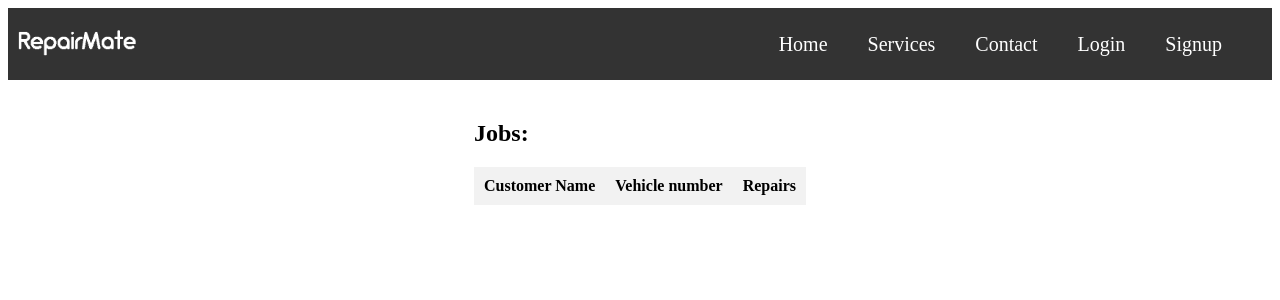
Repository: rohann12/RepairMate
Page: http://localhost/Garage/JSP/jobs.jsp
An editor plug-in stored every save of this project. The page is shown before and after the next save, followed by the edit.
The browser window is 1280 px wide. The pictures show the whole page.
The page is served by Tomcat 9. Other server files are loaded and not shown. Queries for data that is not in the repository find no rows.

Above is the page before, as saved 2023-06-19 23:36:38.

### Garage/src/main/webapp/JSP/jobs.jsp
<%@ page language="java" contentType="text/html; charset=UTF-8"
	pageEncoding="UTF-8"%>
<%@ page import="java.sql.*"%>
<%@ page import="com.database.dbconn"%>
<!DOCTYPE html>
<html>
<head>
<title>Jobs List</title>
<style>
table {
	border-collapse: collapse;
	margin-bottom: 20px;
}

th, td {
	padding: 10px;
	text-align: left;
}

th {
	background-color: #f2f2f2;
}
</style>
</head>
<body>
	<jsp:include page="nav.jsp" />

	<%-- Establish the database connection --%>
	<%
	Connection conn = dbconn.getConnection();
	Statement stmt = conn.createStatement();

	// Retrieve users with is_admin = 2
	String query = "SELECT * FROM order_list";
	ResultSet rs = stmt.executeQuery(query);
	%>
	<div style="display: grid; place-items: center">
		<div class="content" style="margin-top:20px;">
			<h2>Jobs:</h2>

			<table>
				<tr>
					<th>Customer Name</th>
					<th>Vehicle number</th>
					<th>Repairs</th>
				</tr>
				<%
				while (rs.next()) {
				%>
				<tr>
					<td><%=rs.getString("customer_name")%></td>
					<td><%=rs.getString("vehicle_no")%></td>
					<td><%=rs.getString("repairs")%></td>
					<td><a href="repair.jsp?id=<%=rs.getInt("order_id")%>"><button>Take job</button></a>
				</tr>
				<%
				}
				%>
			</table>
		</div>
	</div>
	<%-- Close the database connection and result set --%>
	<%-- <% rs.close(); %>
    <% stmt.close(); %> --%>
	<!-- This closed the connection preventing the reload -->
	<%-- <% conn.close(); %> --%>
</body>
</html>

### Garage/src/main/webapp/JSP/nav.jsp
<%@page contentType="text/html" pageEncoding="UTF-8"%>
<%@page import="javax.servlet.http.HttpSession"%>

<style>
nav {
  background-color: #333;
  padding: 10px;
  display: flex;
  justify-content: space-between;
  align-items: center;
}

.navbar-logo img {
  height: 40px;
}

.navbar-links ul {
  list-style-type: none;
  margin: 0;
  padding: 0;
  display: flex;
}

.navbar-links li {
  margin-right: 20px;
}

.navbar-links li a {
  color: #fff;
  text-decoration: none;
  font-size: 16px;
  font-size: 20px;
    margin-right: 20px;


}

.navbar-links li a:hover {
  color: #ff6600;

}
.navbar-logo{
margin-top:8px;
}
</style>
<nav>
  <div class="navbar-logo">

      <a href=index.jsp><img src="../Contents/logo.png" alt="Logo"></a>


  </div>
  <div class="navbar-links">
    <ul>
      <li><a href="index.jsp">Home</a></li>
      <li><a href="order.jsp">Services</a></li>
      <li><a href="contact.jsp">Contact</a></li>
       <%-- Checking session to determine login/logout links --%>
      <%
        HttpSession s = request.getSession(false);
        if (s != null && s.getAttribute("username") != null) {
          // User is logged in, show logout link
          %>
          <li class="jobs"><a href="jobs.jsp">Jobs</a></li>
          <li class="logout"><a href="logout.jsp">Logout</a></li>
          <%
        } else {
          // User is not logged in, show login link
          %>
          <li class="login"><a href="login.jsp">Login</a></li>
          <li class="Signup"><a href="reg.jsp">Signup</a></li>
          <%
        }
      %>
    </ul>
  </div>
</nav>

### Garage/src/main/java/com/database/dbconn.java
package com.database;

import java.sql.Connection;
import java.sql.DriverManager;
import java.sql.*;

public class dbconn {
    private static Connection conn;

    static {
        String url = "jdbc:mysql://localhost:3306/repairmate";
        String username = "root";
        String password = "";

        try {
            Class.forName("com.mysql.jdbc.Driver");
            conn = DriverManager.getConnection(url, username, password);
            System.out.println("Database connected");
        } catch (Exception e) {
            System.out.println(e);
        }
    }

    public static Connection getConnection() {
        return conn;
    }

    public static void closeConnection() {
        try {
            if (conn != null && !conn.isClosed()) {
                conn.close();
                System.out.println("Database connection closed");
            }
        } catch (SQLException e) {
            System.out.println("Error while closing the database connection: " + e.getMessage());
        }
    }
}

After the next save:
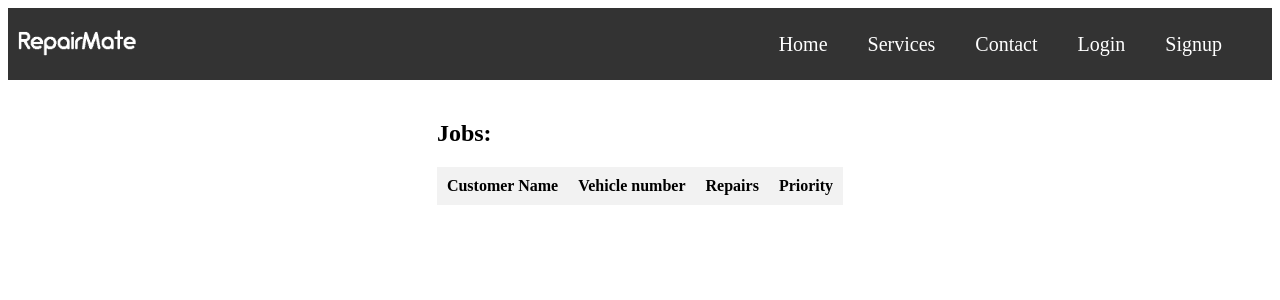
Saved 98 s later.
--- a/Garage/src/main/webapp/JSP/jobs.jsp
+++ b/Garage/src/main/webapp/JSP/jobs.jsp
@@ -31,7 +31,7 @@ th {
 	Statement stmt = conn.createStatement();
 
 	// Retrieve users with is_admin = 2
-	String query = "SELECT * FROM order_list";
+	String query = "SELECT * FROM order_list ORDER BY priority";
 	ResultSet rs = stmt.executeQuery(query);
 	%>
 	<div style="display: grid; place-items: center">
@@ -43,6 +43,7 @@ th {
 					<th>Customer Name</th>
 					<th>Vehicle number</th>
 					<th>Repairs</th>
+					<th>Priority</th>
 				</tr>
 				<%
 				while (rs.next()) {
